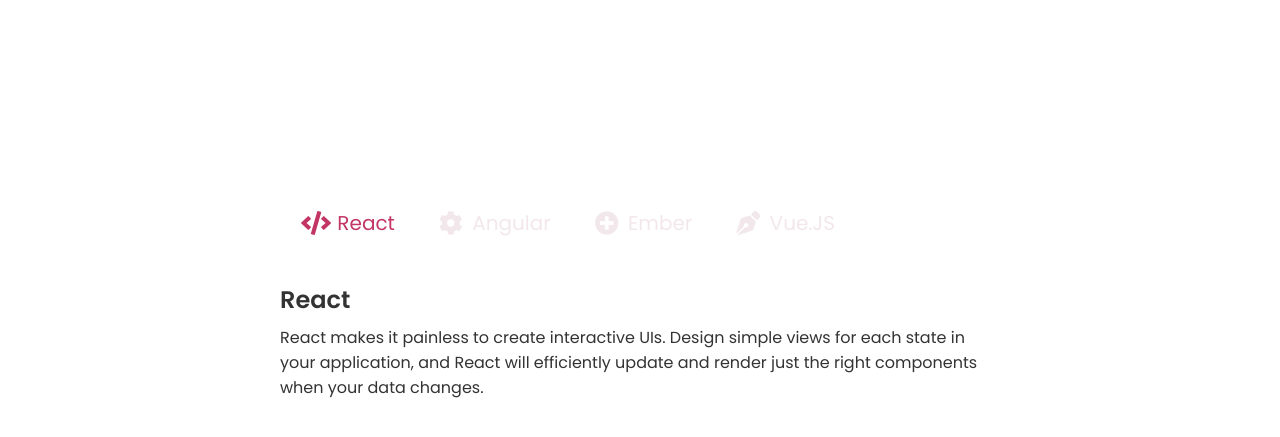
Repository: NguyenMinhTho2207/MT.Shoppe
Page: index-test.html
These files come from the project's save history. The page is drawn as it stood at one moment and after the next save; the edit follows.
The browser window is 1280 px wide. The pictures show the whole page.

Above is the page before, as saved 2021-11-30 08:58:20.

### index-test.html
<!DOCTYPE html>
<html lang="en">
<head>
  <meta charset="UTF-8">
  <meta http-equiv="X-UA-Compatible" content="IE=edge">
  <meta name="viewport" content="width=device-width, initial-scale=1.0">
  <title>Document</title>
  <link rel="preconnect" href="https://fonts.gstatic.com">
<link rel="stylesheet" href="https://cdnjs.cloudflare.com/ajax/libs/font-awesome/5.15.2/css/all.min.css"
  integrity="sha512-HK5fgLBL+xu6dm/Ii3z4xhlSUyZgTT9tuc/hSrtw6uzJOvgRr2a9jyxxT1ely+B+xFAmJKVSTbpM/CuL7qxO8w=="
  crossorigin="anonymous" />
<link href="https://fonts.googleapis.com/css2?family=Poppins:wght@300;400;500;600&display=swap" rel="stylesheet">
<link rel="stylesheet" href="/styleTest.css">
</head>
<body>
  <div>
    <!-- Tab items -->
    <div class="tabs">
      <div class="tab-item active">
        <i class="tab-icon fas fa-code"></i>
        React
      </div>
      <div class="tab-item">
        <i class="tab-icon fas fa-cog"></i>
        Angular
      </div>
      <div class="tab-item">
        <i class="tab-icon fas fa-plus-circle"></i>
        Ember
      </div>
      <div class="tab-item">
        <i class="tab-icon fas fa-pen-nib"></i>
        Vue.JS
      </div>
      <div class="line"></div>
    </div>

    <!-- Tab content -->
    <div class="tab-content">
      <div class="tab-pane active">
        <h2>React</h2>
        <p>React makes it painless to create interactive UIs. Design simple views for each state in your application, and
          React will efficiently update and render just the right components when your data changes.</p>
      </div>
      <div class="tab-pane">
        <h2>Angular</h2>
        <p>Angular is an application design framework and development platform for creating efficient and sophisticated
          single-page apps.</p>
      </div>
      <div class="tab-pane">
        <h2>Ember</h2>
        <p>Ember.js is a productive, battle-tested JavaScript framework for building modern web applications. It includes
          everything you need to build rich UIs that work on any device.</p>
      </div>
      <div class="tab-pane">
        <h2>Vue.js</h2>
        <p>Vue (pronounced /vjuː/, like view) is a progressive framework for building user interfaces. Unlike other
          monolithic frameworks, Vue is designed from the ground up to be incrementally adoptable. </p>
      </div>
    </div>
  </div>
  <script>
    const $ = document.querySelector.bind(document)
    const $$ = document.querySelectorAll.bind(document)
    const tabs = $$('.tab-item');
    const panes = $$('.tab-pane');

    tabs.forEach((tab, index) => {
      tab.onclick = function () {
        const pane = panes[index];
        $('.tab-item.active').classList.remove('active');
        $('.tab-pane.active').classList.remove('active');
        this.classList.add('active')
        pane.classList.add('active');

      }
    })
  </script>
</body>

### styleTest.css
* {
  padding: 0;
  margin: 0;
  box-sizing: border-box;
}
body {
  display: flex;
  font-family: "Poppins", sans-serif;
}
body > div {
  margin: 15% auto 0;
  max-width: 720px;
}
.tabs {
  display: flex;
  position: relative;
}
.tabs .line {
  position: absolute;
  left: 0;
  bottom: 0;
  width: 0;
  height: 6px;
  border-radius: 15px;
  background-color: #c23564;
  transition: all 0.2s ease;
}
.tab-item {
  min-width: 80px;
  padding: 16px 20px 11px 20px;
  font-size: 20px;
  text-align: center;
  color: #ebd9df;
  background-color: #fff;
  border-top-left-radius: 5px;
  border-top-right-radius: 5px;
  border-bottom: 5px solid transparent;
  opacity: 0.6;
  cursor: pointer;
  transition: all 0.5s ease;
}
.tab-icon {
  font-size: 24px;
  width: 32px;
  position: relative;
  top: 2px;
}
.tab-item:hover {
  opacity: 1;
  background-color: rgba(194, 53, 100, 0.05);
  border-color: rgba(194, 53, 100, 0.1);
}
.tab-item.active {
  opacity: 1;
  color: #c23564;
}
.tab-content {
  padding: 28px 0;
}
.tab-pane {
  color: #333;
  display: none;
}
.tab-pane.active {
  display: block;
}
.tab-pane h2 {
  font-size: 24px;
  margin-bottom: 8px;
}

After the next save:
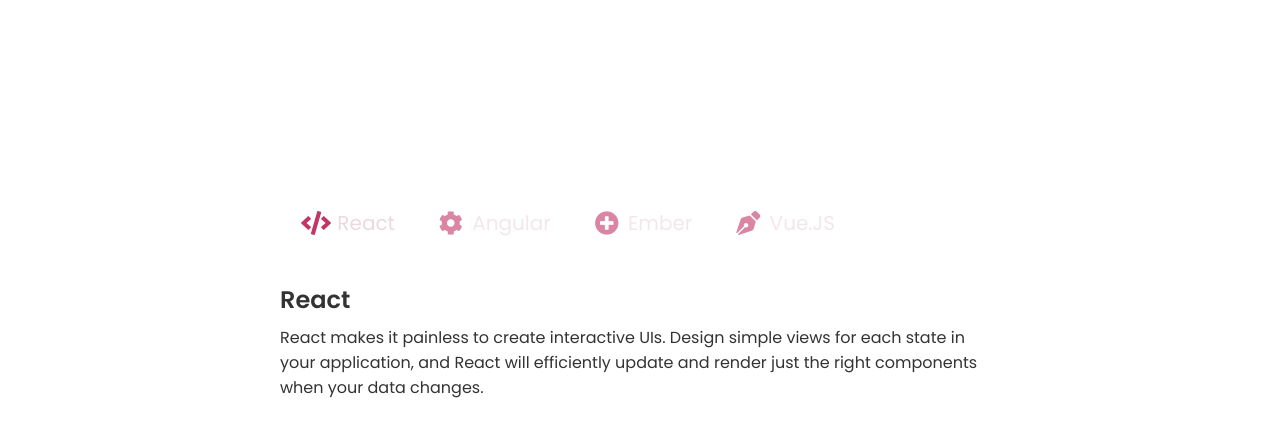
Saved 6 min 26 s later.
--- a/styleTest.css
+++ b/styleTest.css
@@ -44,6 +44,7 @@
   width: 32px;
   position: relative;
   top: 2px;
+  color: #c23564;
 }
 .tab-item:hover {
   opacity: 1;
@@ -52,7 +53,6 @@
 }
 .tab-item.active {
   opacity: 1;
-  color: #c23564;
 }
 .tab-content {
   padding: 28px 0;
